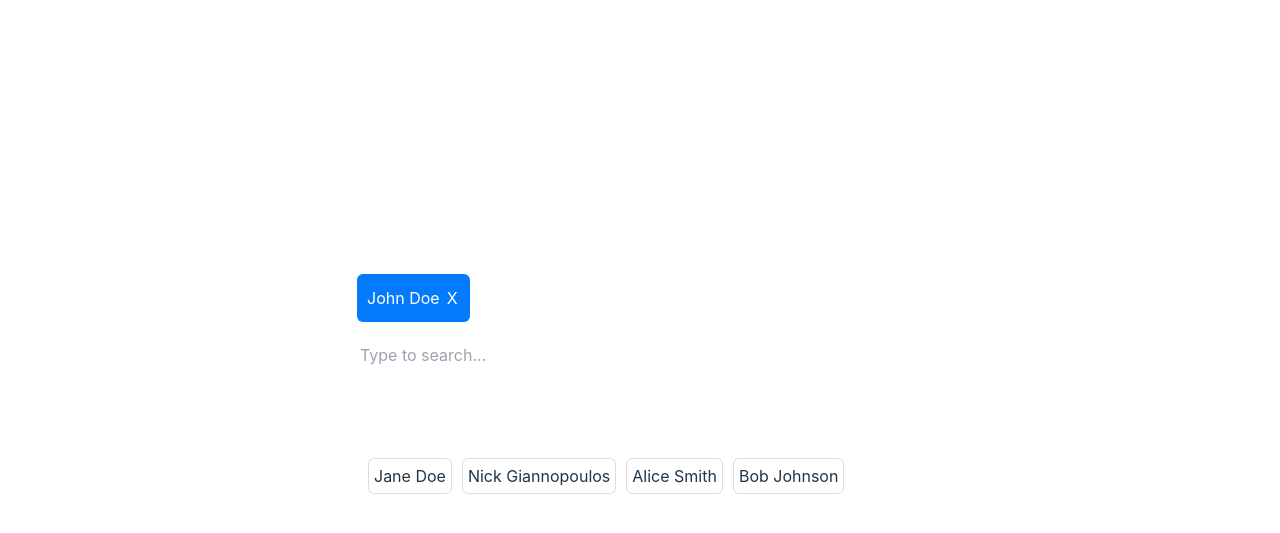
Repository: Ayansaxena24/Chip
Page: /, after clicking the first element matching `li.cursor-pointer`
These files come from the project's save history. The page is drawn as it stood at one moment and after a run of saves; the edit follows.
The browser window is 1280 px wide. The pictures show the whole page.
Some web libraries are served in a nearby version. The project was rebuilt for these pictures with package versions that can differ from the ones it lists, and the page was loaded fresh each time. Also part of the build but not shown: vite.config.ts, src/ChipInput.css.

Above is the page before, as saved 2024-01-16 03:45:22.

After the next 2 saves:
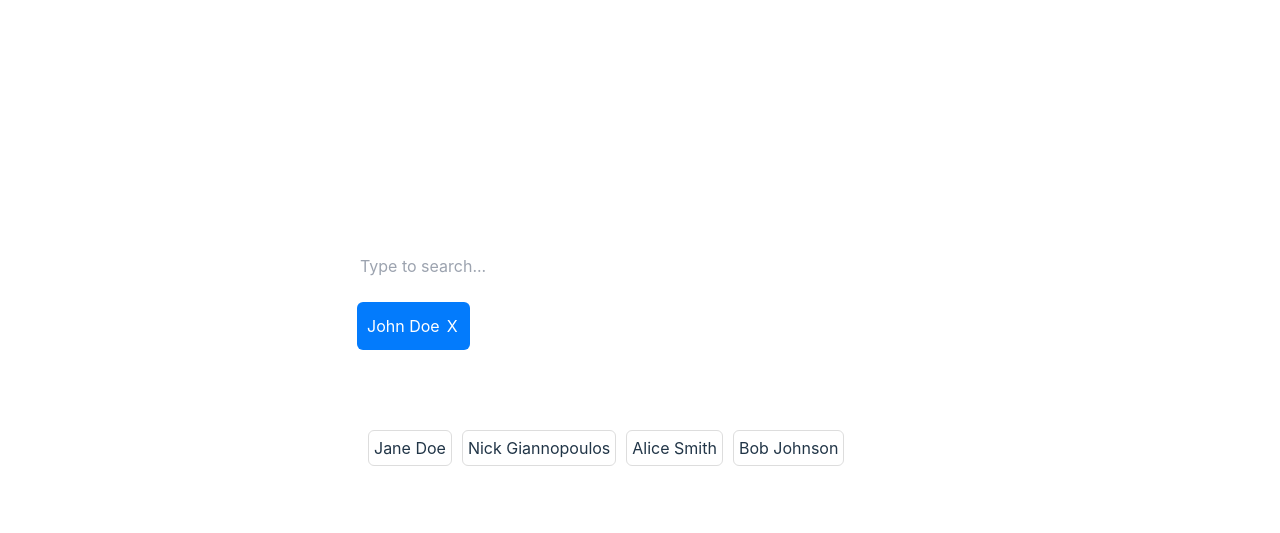
The 2 saves are shown as one change because they came seconds apart.
The last was saved 14 s later.
--- a/src/ChipInput.tsx
+++ b/src/ChipInput.tsx
@@ -92,7 +92,7 @@ const ChipInput: React.FC = () => {
             onChange={handleInputChange}
             onKeyDown={handleInputKeyDown}
             placeholder="Type to search..."
-            className="rounded-md w-[100vh] pl-2 py-4 "
+            className="rounded-md w-[100vh] pl-2 py-4 fixed"
           />
         </div>
         <ul className={`${chips.length !== 5 ? "mt-16 cursor-pointer p-[5px] m-[5px] border-white rounded-md border-[1px] border-solid flex flex-wrap" : ""}`}>
